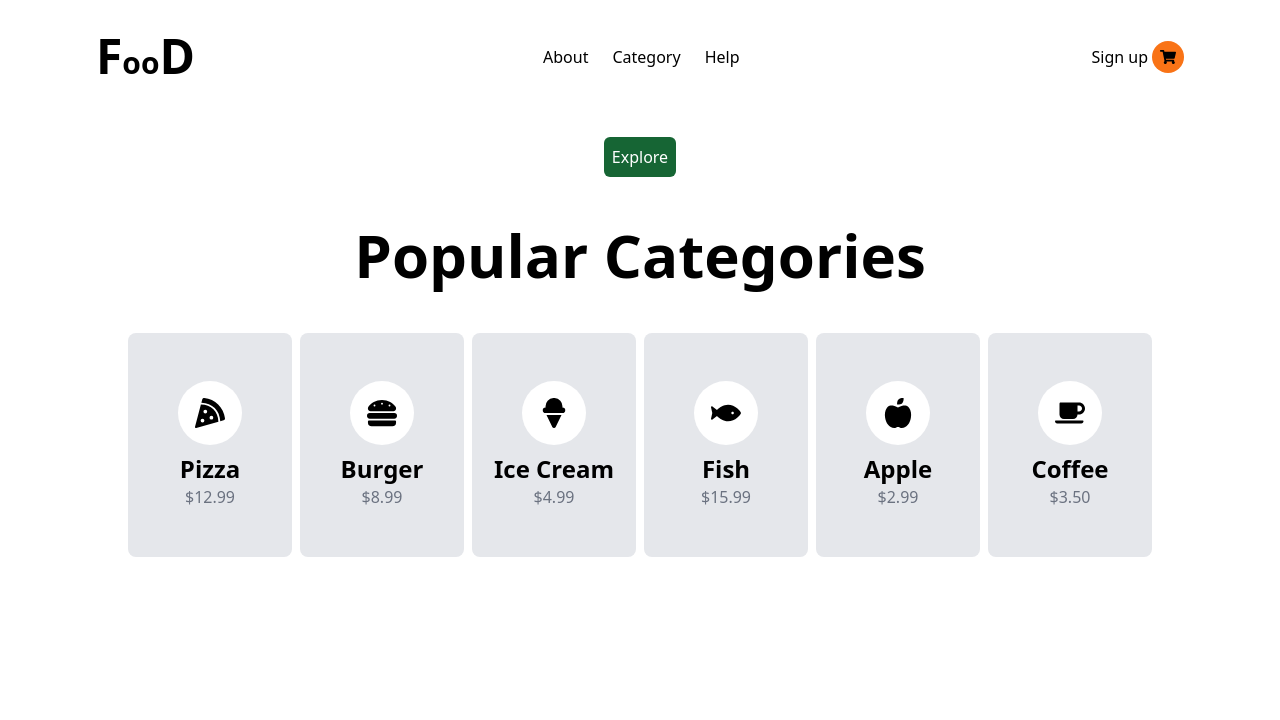
Repository: KhushiCode14/FoodWeb
Page: /category (app in frontend/)
These files come from the project's save history. The page is drawn as it stood at one moment and after the next save; the edit follows.
The browser window is 1280 px wide. The pictures show the whole page.
The project was rebuilt for these pictures with package versions that can differ from the ones it lists, and the page was loaded fresh each time. Also part of the build but not shown: frontend/src/Pages/Home.tsx, frontend/src/components/Home/SignUp.tsx, frontend/src/components/Home/SignIn.tsx, frontend/src/components/Home/Cart.tsx.

Above is the page before, as saved 2024-09-24 17:25:21.

After the next save:
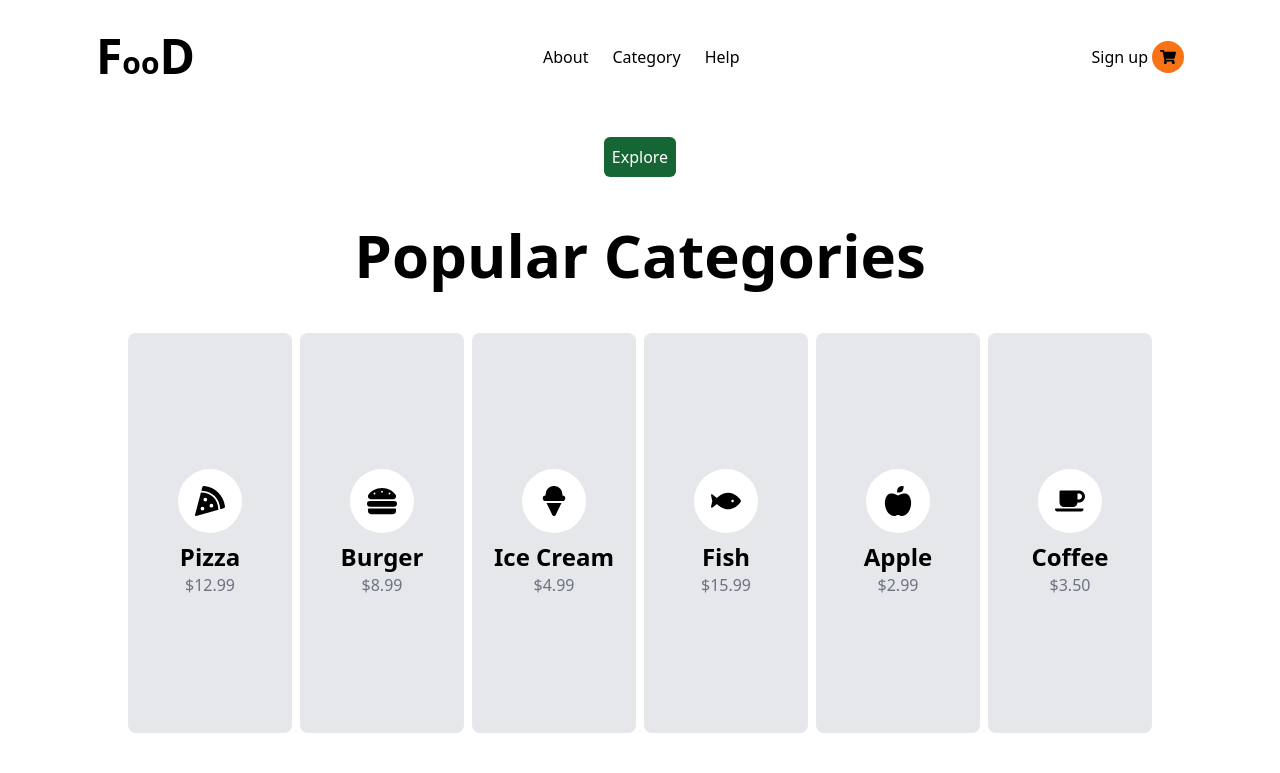
Saved 23 s later.
--- a/frontend/src/components/categories/Card.tsx
+++ b/frontend/src/components/categories/Card.tsx
@@ -65,7 +65,7 @@ const Card: React.FC = () => {
       {foodItems.map((item) => (
       <div
       key={item.id}
-      className="bg-gray-200 p-3 flex flex-col items-center justify-center w-[164px] h-56 rounded-lg max-sm:w-[300px] max-md:w-[556px]"
+      className="bg-gray-200 p-3 flex flex-col items-center justify-center w-[164px] h-56 rounded-lg max-sm:w-[300px] max-md:w-[556px] h-[400px]"
     >
       <div className="icon rounded-full bg-white p-2 flex items-center justify-center w-16 h-16 text-3xl">
         {item.icon}

After the save that followed:
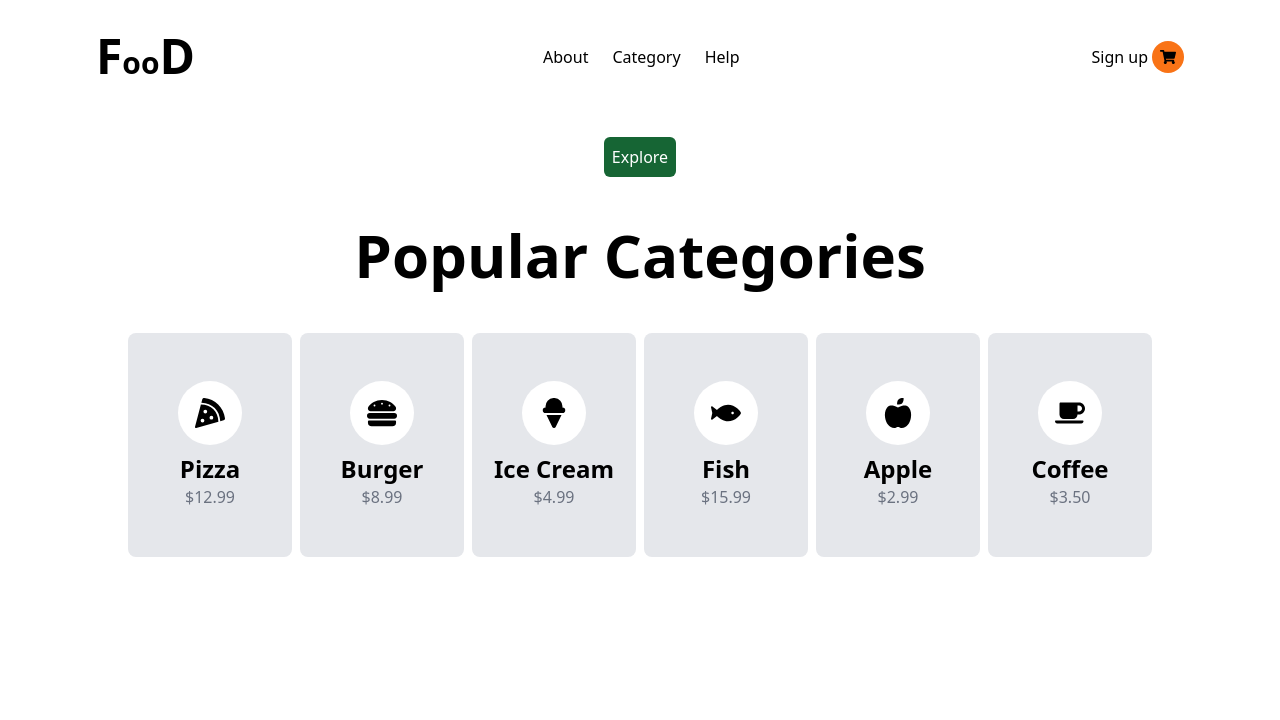
Saved 10 s later.
--- a/frontend/src/components/categories/Card.tsx
+++ b/frontend/src/components/categories/Card.tsx
@@ -65,7 +65,7 @@ const Card: React.FC = () => {
       {foodItems.map((item) => (
       <div
       key={item.id}
-      className="bg-gray-200 p-3 flex flex-col items-center justify-center w-[164px] h-56 rounded-lg max-sm:w-[300px] max-md:w-[556px] h-[400px]"
+      className="bg-gray-200 p-3 flex flex-col items-center justify-center w-[164px] h-56 rounded-lg max-sm:w-[300px] max-md:w-[556px] max-md:h-[400px]"
     >
       <div className="icon rounded-full bg-white p-2 flex items-center justify-center w-16 h-16 text-3xl">
         {item.icon}
